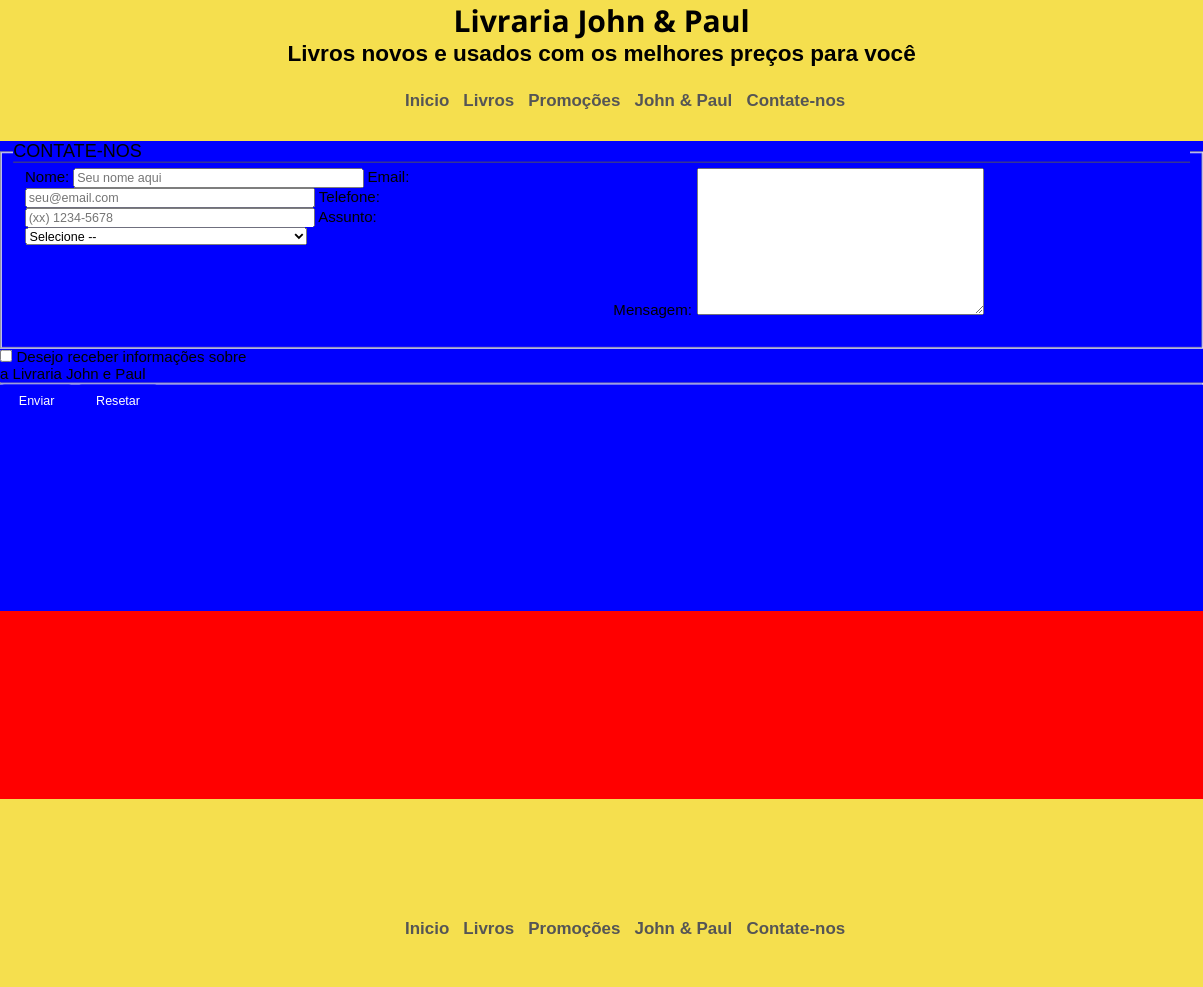
Repository: MarcoantonioCaldeira/Site-livraria-John-e-Paul
Page: contato.html
These files come from the project's save history. The page is drawn as it stood at one moment and after the next save; the edit follows.
The browser window is 1280 px wide. The pictures show the whole page, at 94% of full size.

Above is the page before, as saved 2022-09-25 11:06:34.

After the next save:
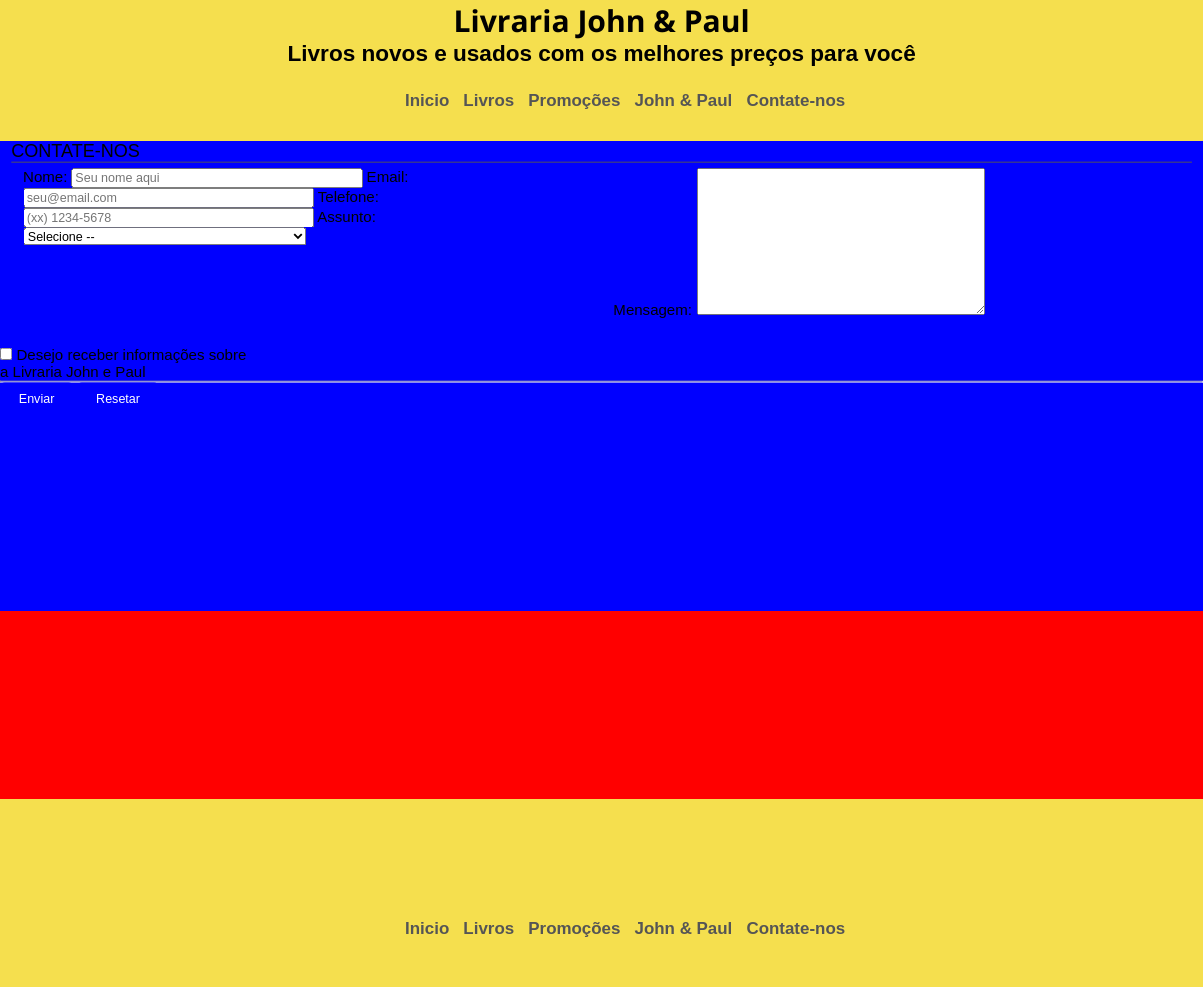
Saved 12 s later.
--- a/css/estilo.css
+++ b/css/estilo.css
@@ -208,6 +208,11 @@ label{
    border-radius: 5px;
 }
 
+
+
+form fieldset{
+   border: none;
+}
 form legend{
    text-transform: uppercase;
    font-size: 1.2em;
